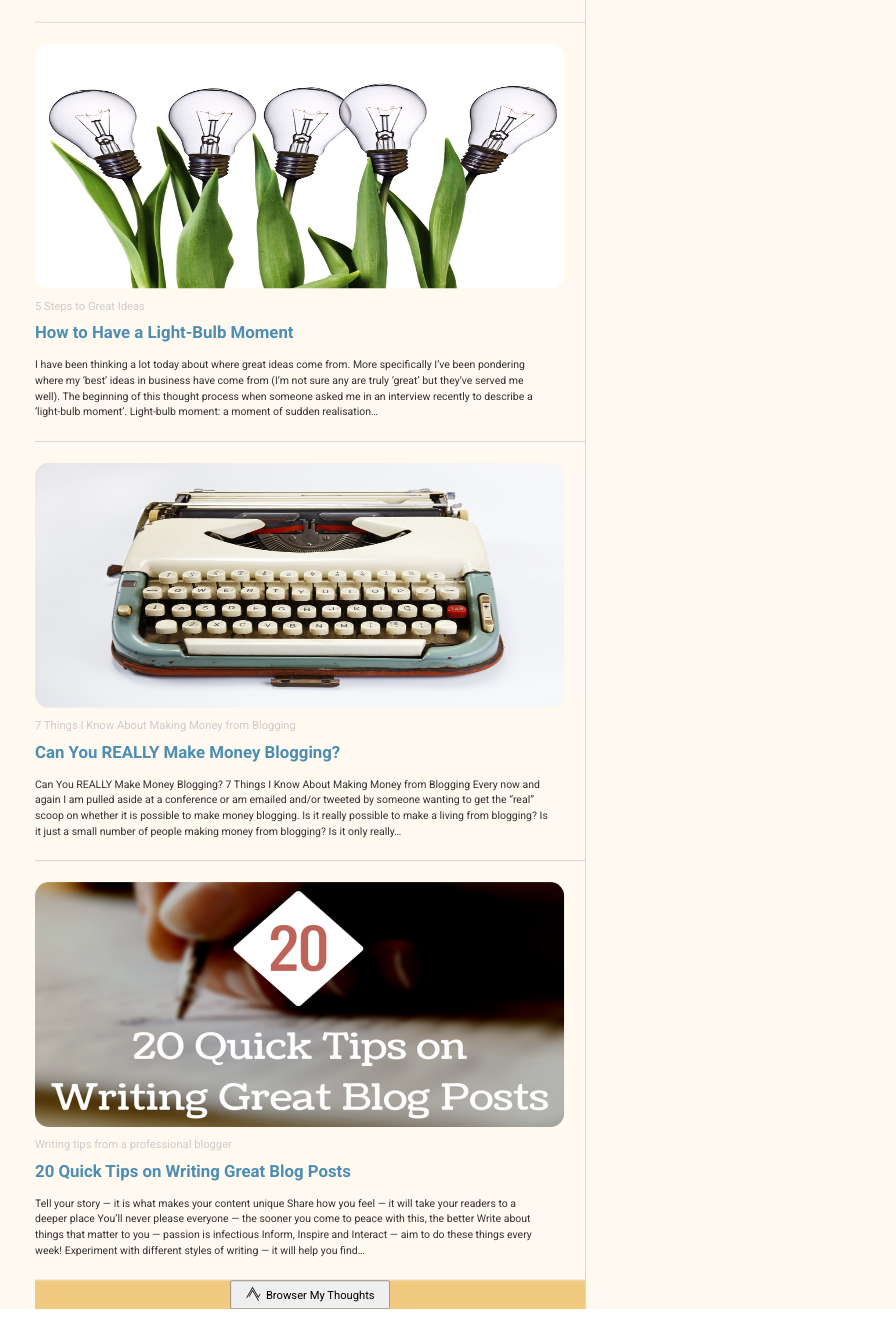
Repository: TranDinhTuann/Blog-Demo
Page: index.html
An editor plug-in stored every save of this project. The page is shown before and after the next save, followed by the edit.
The browser window is 1280 px wide. The pictures show the part of the page from y = 873 to 2793 px (the page is 2793 px tall), at 70% of full size.

Above is the page before, as saved 2023-03-22 20:52:49.

After the next save:
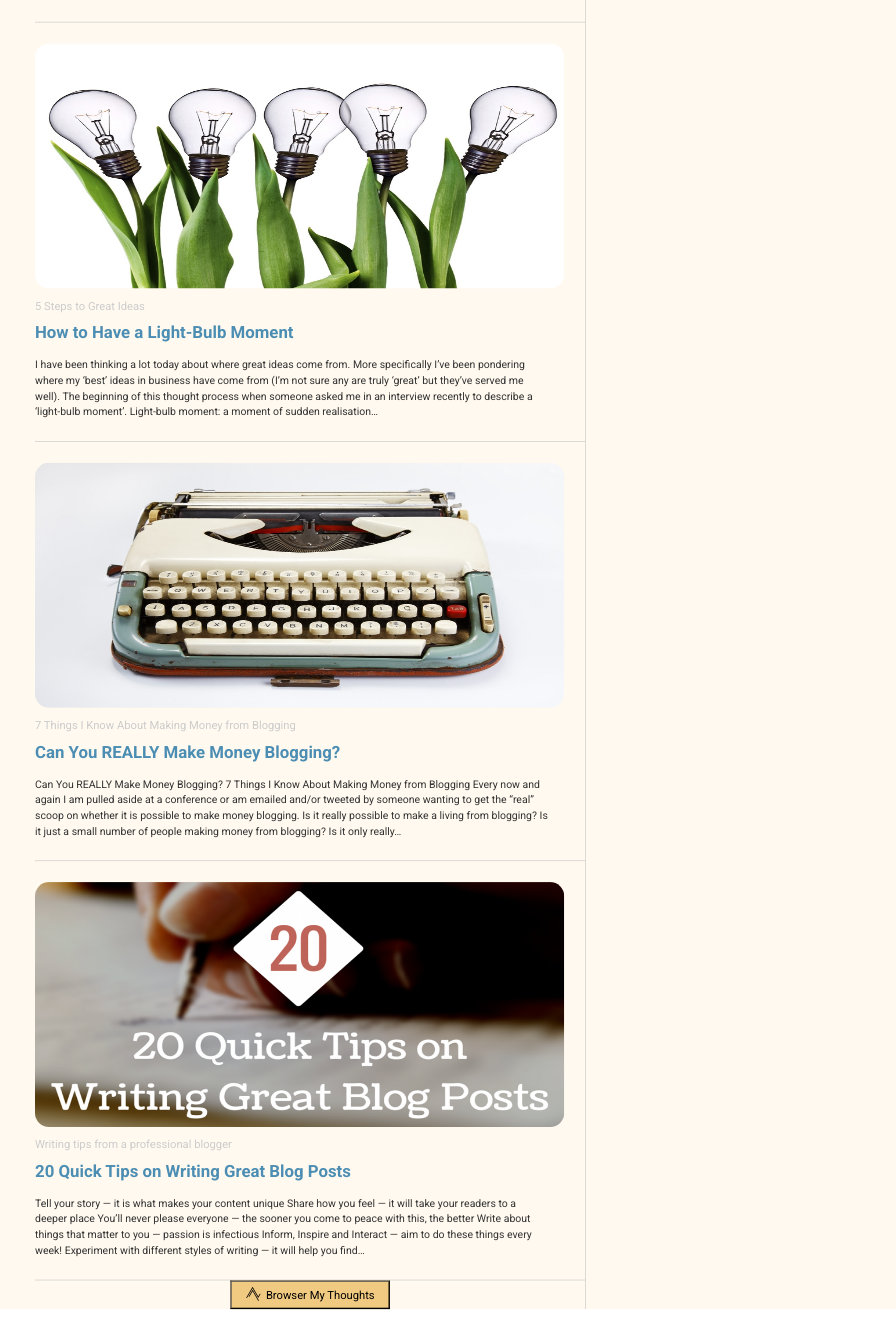
Saved 13 s later.
--- a/assets/css/main.css
+++ b/assets/css/main.css
@@ -139,11 +139,11 @@
     align-items: center;
     justify-content: center;
     color: #000;
-    background-color: rgb(241, 202, 130);
 }
 .btn-thought {
     padding: 8px 20px;
     display: block;
+    background-color: rgb(241, 202, 130);
 }
 .my-thoughts{
     font-size: 16px;
